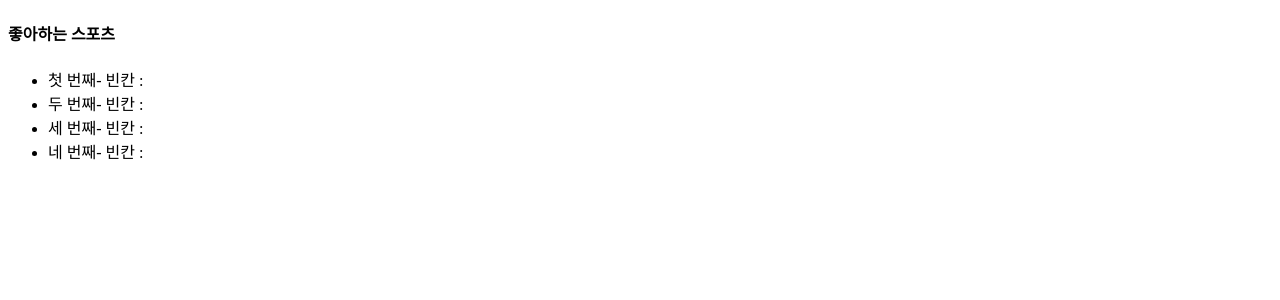
Repository: Rua1006/JSP
Page: http://localhost/practice02/05ELParam.jsp
These files come from the project's save history. The page is drawn as it stood at one moment and after the next save; the edit follows.
The browser window is 1280 px wide. The pictures show the whole page.
The page is served by Tomcat 9.

Above is the page before, as saved 2022-11-10 05:23:27.

After the next save:
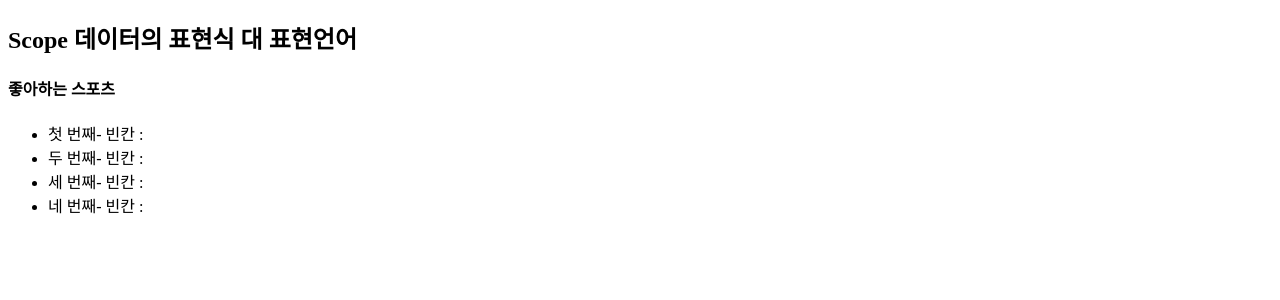
Saved 22 s later.
--- a/practice02/WebContent/05ELParam.jsp
+++ b/practice02/WebContent/05ELParam.jsp
@@ -25,6 +25,7 @@
 <title>05ELParam</title>
 </head>
 <body>
+<h2>Scope 데이터의 표현식 대 표현언어</h2>
 <h4>좋아하는 스포츠</h4>
 <ul>
 	<li>첫 번째- <%=hobby[0] %> : ${paramValues.hobby[0] }</li>
